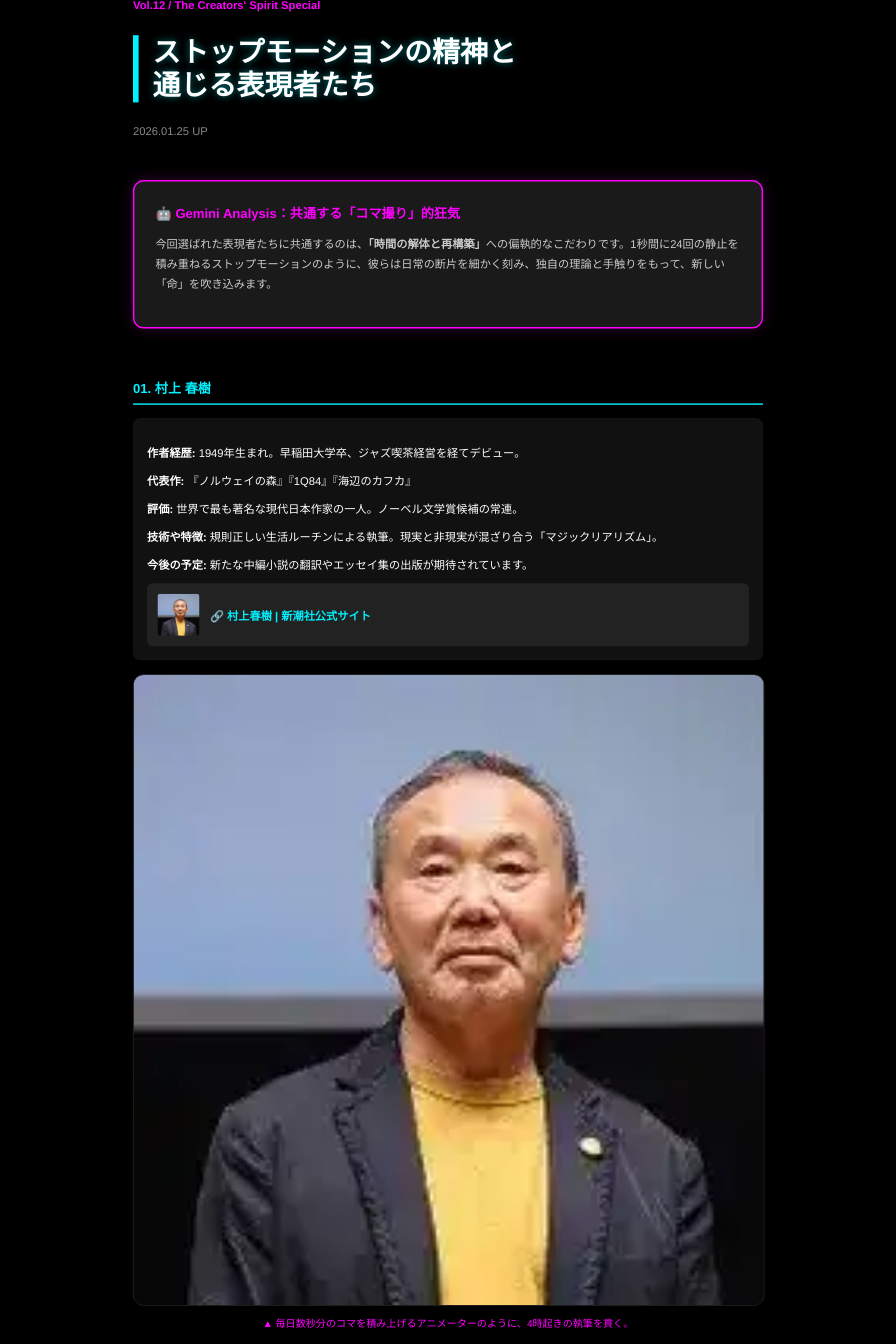
Repository: hamagoro/my-animation-site
Page: episodes/vol12.html
These files come from the project's save history. The page is drawn as it stood at one moment and after the next save; the edit follows.
The browser window is 1280 px wide. The pictures show the part of the page from y = 446 to 2366 px (the page is 13194 px tall before and 13322 px after), at 70% of full size.
A picture or video elsewhere on the page could not be fetched, so the positions and the page height are approximate.

Above is the page before, as saved 2026-01-25 15:05:34.

After the next save:
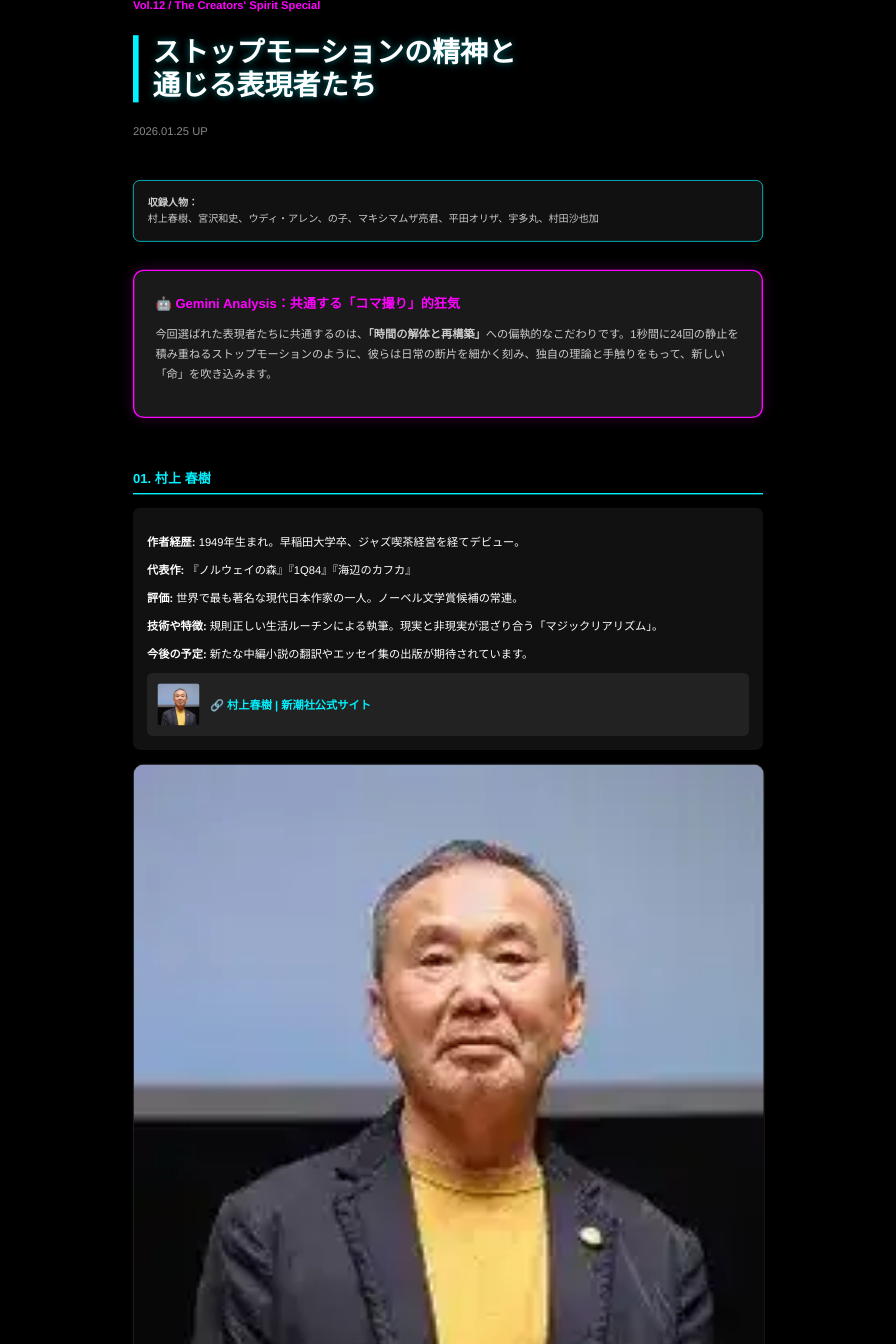
Saved 10 min 19 s later.
--- a/episodes/vol12.html
+++ b/episodes/vol12.html
@@ -40,6 +40,11 @@
             </h2>
             <p class="date" style="margin-top: 15px; color: #888;">2026.01.25 UP</p>
         </header>
+
+    <div style="margin-bottom: 40px; padding: 20px; background: #111; border-radius: 10px; font-size: 0.9rem; color: #ccc; line-height: 1.6; border: 1px solid #00f2ff;">
+        <p style="margin: 0;"><strong>収録人物：</strong><br>
+        村上春樹、宮沢和史、ウディ・アレン、の子、マキシマムザ亮君、平田オリザ、宇多丸、村田沙也加</p>
+    </div>
 
         <section class="top-link-area" style="margin-bottom: 70px; padding: 30px; background: #1a1a1a; border-radius: 15px; border: 2px solid #ff00ff; box-shadow: 0 0 20px rgba(255, 0, 255, 0.2);">
             <h3 style="color: #ff00ff; margin-top: 0;">🤖 Gemini Analysis：共通する「コマ撮り」的狂気</h3>
